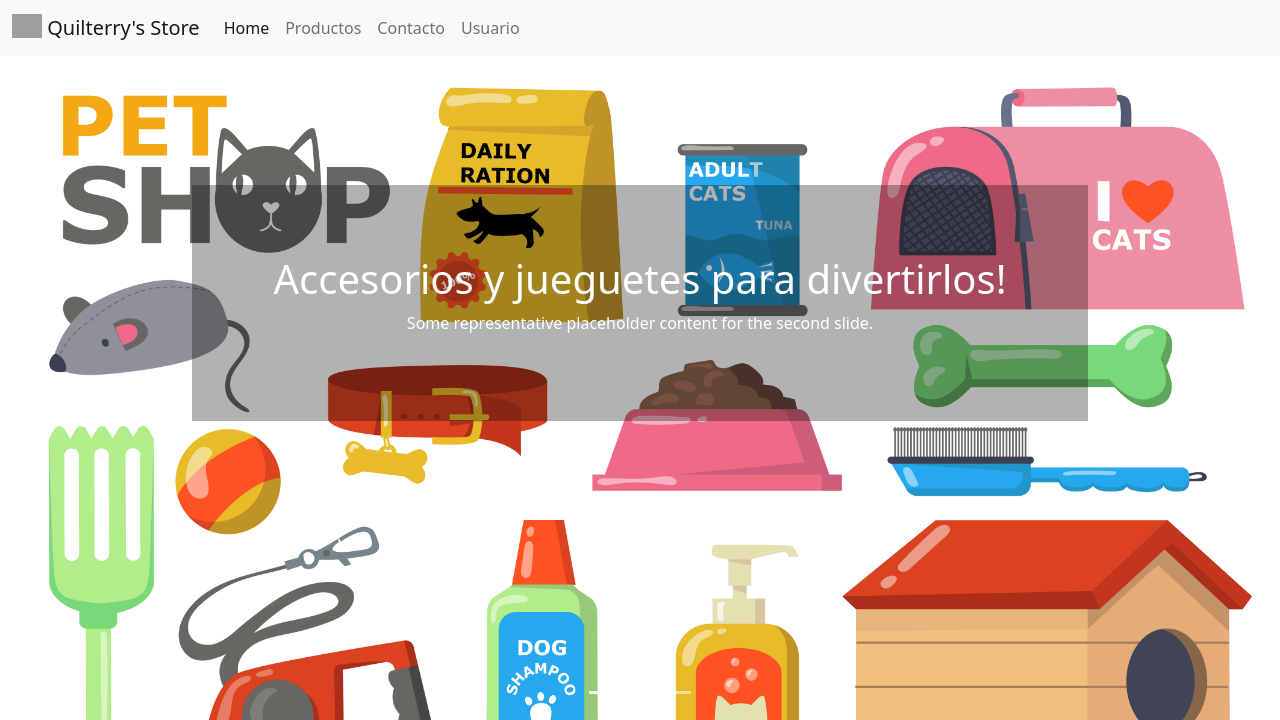
Repository: mormazabal141046/duoc_django_prueba
Page: http://localhost/
The author's editor kept a copy of each file at every save. The page is drawn from the files as they stood at one save, then again after the next save.
The browser window is 1280 px wide. The pictures show the whole page.
Pictures or frames that could not be fetched are drawn as grey boxes. Some web libraries are served in a nearby version. The page is served by the project's application, run on Django 4.2 (manage.py). Other server files are loaded and not shown.

Above is the page before, as saved 2022-05-18 16:11:35.

### duoc_django_prueba/template/index.html
{% extends "main-template.html" %}{% load static %}
{% block title %} Home {% endblock %}
{% block content %}
<div id="carouselExampleCaptions" class="carousel body-carousel" data-bs-ride="carousel">
    <div class="carousel-indicators">
      <button type="button" data-bs-target="#carouselExampleCaptions" data-bs-slide-to="0" class="active" aria-current="true" aria-label="Slide 1"></button>
      <button type="button" data-bs-target="#carouselExampleCaptions" data-bs-slide-to="1" aria-label="Slide 2"></button>
      <button type="button" data-bs-target="#carouselExampleCaptions" data-bs-slide-to="2" aria-label="Slide 3"></button>
    </div>
    <div class="carousel-inner">
      <div class="carousel-item active">
        <img src="{% static 'img/slider/bg-01.webp' %}" class="d-block w-100" alt="...">
        <div class="carousel-caption d-none d-md-block">
          <h1>Alimentos para tu Mascota</h1>
          <p>Some representative placeholder content for the first slide.</p>
        </div>
      </div>
      <div class="carousel-item">
        <img src="{% static 'img/slider/bg-02.jpg' %}" class="d-block w-100" alt="...">
        <div class="carousel-caption d-none d-md-block">
          <h1>Accesorios y jueguetes para divertirlos!</h1>
          <p>Some representative placeholder content for the second slide.</p>
        </div>
      </div>
      <!-- <div class="carousel-item">
        <img src="..." class="d-block w-100" alt="...">
        <div class="carousel-caption d-none d-md-block">
          <h5>Third slide label</h5>
          <p>Some representative placeholder content for the third slide.</p>
        </div>
      </div> -->
    </div>
    <button class="carousel-control-prev" type="button" data-bs-target="#carouselExampleCaptions" data-bs-slide="prev">
      <span class="carousel-control-prev-icon" aria-hidden="true"></span>
      <span class="visually-hidden">Previous</span>
    </button>
    <button class="carousel-control-next" type="button" data-bs-target="#carouselExampleCaptions" data-bs-slide="next">
      <span class="carousel-control-next-icon" aria-hidden="true"></span>
      <span class="visually-hidden">Next</span>
    </button>
  </div>

{% endblock %}

### duoc_django_prueba/template/parent/main-template.html
{% load static %}
<!DOCTYPE html>
<html lang="en">
<head>
    <meta charset="UTF-8">
    <meta http-equiv="X-UA-Compatible" content="IE=edge">
    <meta name="viewport" content="width=device-width, initial-scale=1.0">
    <title>{% block title %}{%  endblock %}</title>
    <link rel="stylesheet" href="{% static 'css/style.css'%}">
    <link href="https://cdn.jsdelivr.net/npm/bootstrap@5.1.3/dist/css/bootstrap.min.css" rel="stylesheet" integrity="sha384-1BmE4kWBq78iYhFldvKuhfTAU6auU8tT94WrHftjDbrCEXSU1oBoqyl2QvZ6jIW3" crossorigin="anonymous">
</head>
<body>
    <nav class="navbar navbar-expand-lg navbar-light bg-light">
        <div class="container-fluid">
          <a class="navbar-brand mr-3" href="#">
            <img src="https://img.icons8.com/ios/500/pets--v1.png" alt="" width="30" height="24" class="d-inline-block align-text-top">
            Quilterry's Store
          </a>
          <button class="navbar-toggler" type="button" data-bs-toggle="collapse" data-bs-target="#navbarNavDropdown" aria-controls="navbarNavDropdown" aria-expanded="false" aria-label="Toggle navigation">
            <span class="navbar-toggler-icon"></span>
          </button>
          <div class="collapse navbar-collapse" id="navbarNavDropdown">
            <ul class="navbar-nav">
              <li class="nav-item">
                <a class="nav-link active" aria-current="page" href="/">Home</a>
              </li>
              <li class="nav-item">
                <a class="nav-link" href="/productos">Productos</a>
              </li>
              <li class="nav-item">
                <a class="nav-link" href="/contacto">Contacto</a>
              </li>
              <li class="nav-item">
                <a class="nav-link" href="/usuario">Usuario</a>
              </li>
            </ul>
          </div>
        </div>
      </nav>
    {% block content %}

    {%  endblock %}


    <script src="https://cdn.jsdelivr.net/npm/@popperjs/core@2.10.2/dist/umd/popper.min.js" integrity="sha384-7+zCNj/IqJ95wo16oMtfsKbZ9ccEh31eOz1HGyDuCQ6wgnyJNSYdrPa03rtR1zdB" crossorigin="anonymous"></script>
    <script src="https://cdn.jsdelivr.net/npm/bootstrap@5.1.3/dist/js/bootstrap.min.js" integrity="sha384-QJHtvGhmr9XOIpI6YVutG+2QOK9T+ZnN4kzFN1RtK3zEFEIsxhlmWl5/YESvpZ13" crossorigin="anonymous"></script>
</body>
</html>

### duoc_django_prueba/views/home.py
from django.shortcuts import render

def index(request):
    print('Retornar pagina index.html')
    return render(request, 'index.html')

### duoc_django_prueba/urls.py
"""duoc_django_prueba URL Configuration

The `urlpatterns` list routes URLs to views. For more information please see:
    https://docs.djangoproject.com/en/4.0/topics/http/urls/
Examples:
Function views
    1. Add an import:  from my_app import views
    2. Add a URL to urlpatterns:  path('', views.home, name='home')
Class-based views
    1. Add an import:  from other_app.views import Home
    2. Add a URL to urlpatterns:  path('', Home.as_view(), name='home')
Including another URLconf
    1. Import the include() function: from django.urls import include, path
    2. Add a URL to urlpatterns:  path('blog/', include('blog.urls'))
"""
from django.contrib import admin
from django.urls import path
from duoc_django_prueba.views.home import index
from duoc_django_prueba.views.product import index_product
from duoc_django_prueba.views.contact import index_contact
from duoc_django_prueba.views.user import index_user



urlpatterns = [
    path('admin/', admin.site.urls),
    path('', index),
    path('productos/', index_product),
    path('contacto/', index_contact),
    path('usuario/', index_user)
]

### duoc_django_prueba/static/css/style.css
.carousel-item{
    max-height: calc(100vh - 56px) !important;
}
.carousel-caption{
    bottom: 45% !important;
    background: rgba(0,0,0,0.3);
    padding: 70px 30px !important;
}

After the next save:
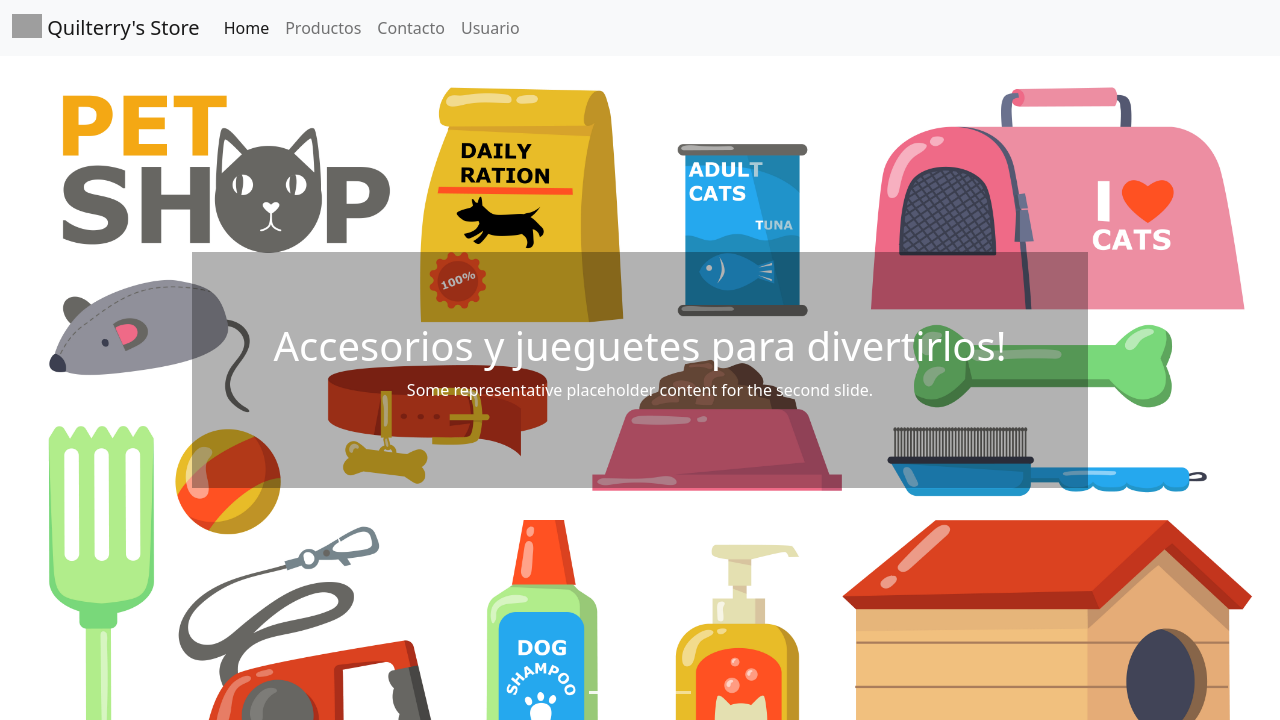
Saved 29 s later.
--- a/duoc_django_prueba/static/css/style.css
+++ b/duoc_django_prueba/static/css/style.css
@@ -2,7 +2,7 @@
     max-height: calc(100vh - 56px) !important;
 }
 .carousel-caption{
-    bottom: 45% !important;
+    bottom: 35% !important;
     background: rgba(0,0,0,0.3);
     padding: 70px 30px !important;
 }
